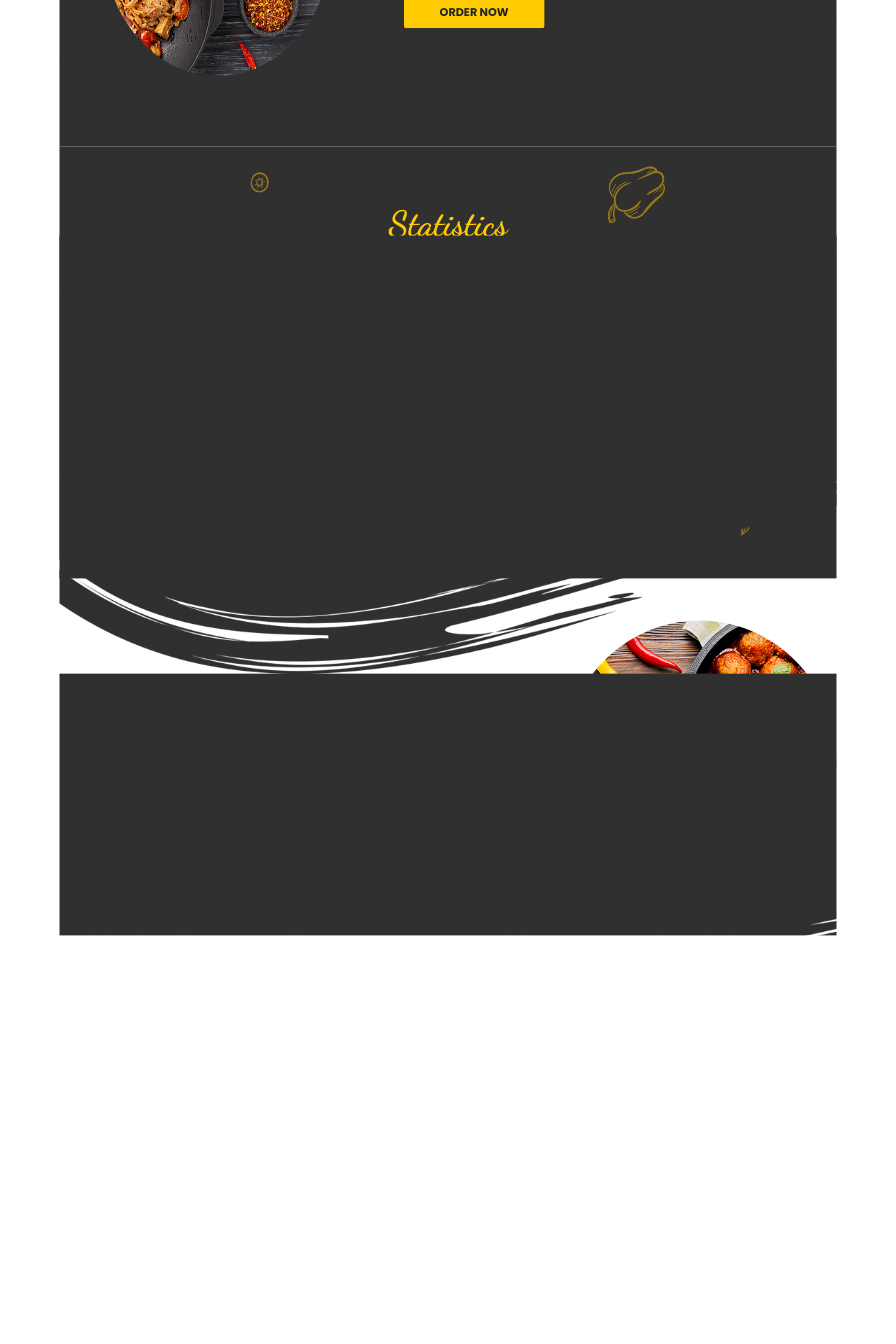
Repository: iphoneboy46/templateRestaurent
Page: index.html
The author's editor kept a copy of each file at every save. The page is drawn from the files as they stood at one save, then again after the next save.
The browser window is 1280 px wide. The pictures show the part of the page from y = 1956 to 3876 px (the page is 7200 px tall), at 70% of full size.

Above is the page before, as saved 2022-10-12 22:41:46.

After the next save:
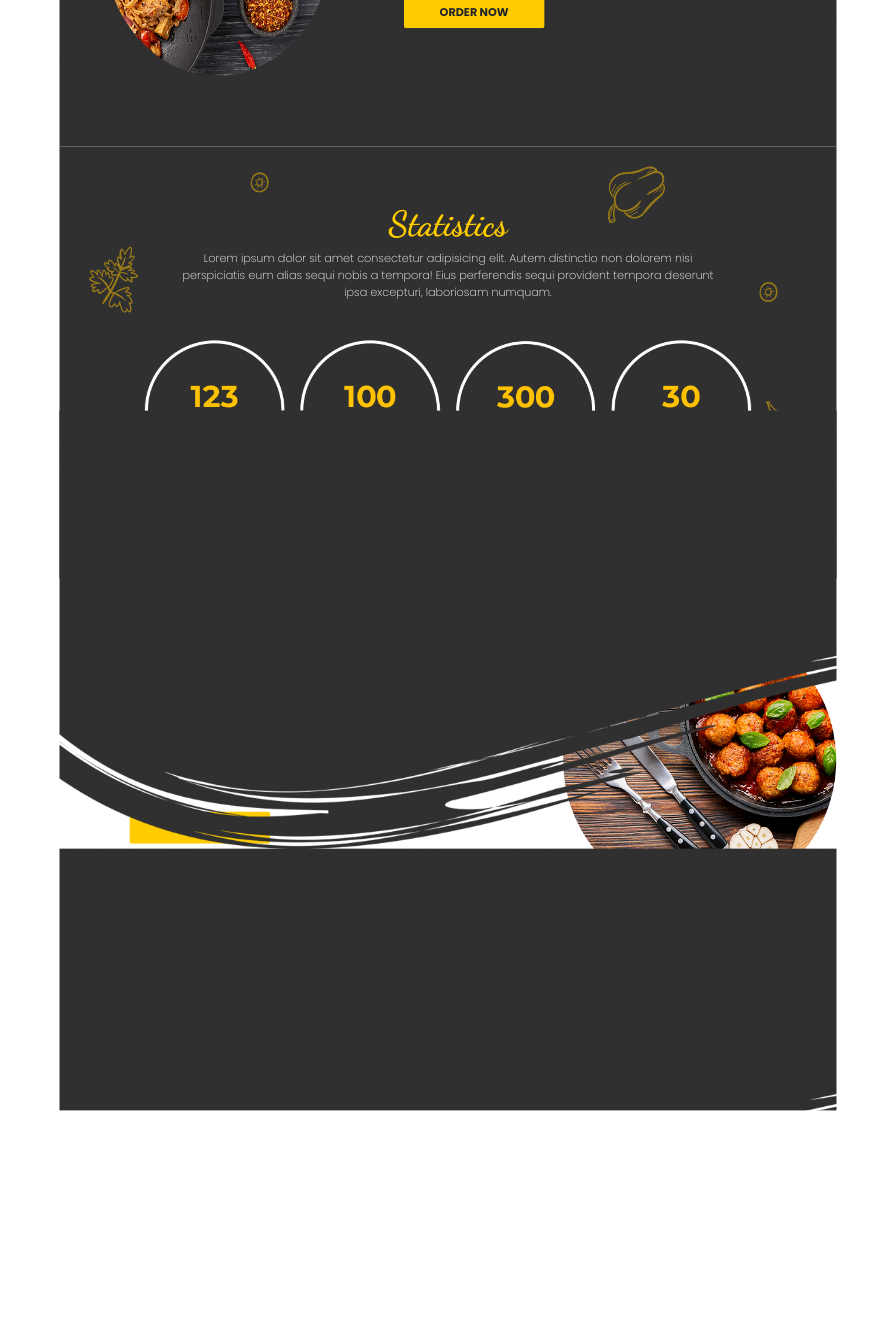
Saved 8 s later.
--- a/style.css
+++ b/style.css
@@ -238,7 +238,7 @@ body {
 .section__Chicken::before{
     content: "";
     position:absolute;
-    top: -500px;
+    top: -250px;
     width: 100%;
     height: 1000px;
     z-index: 1;
